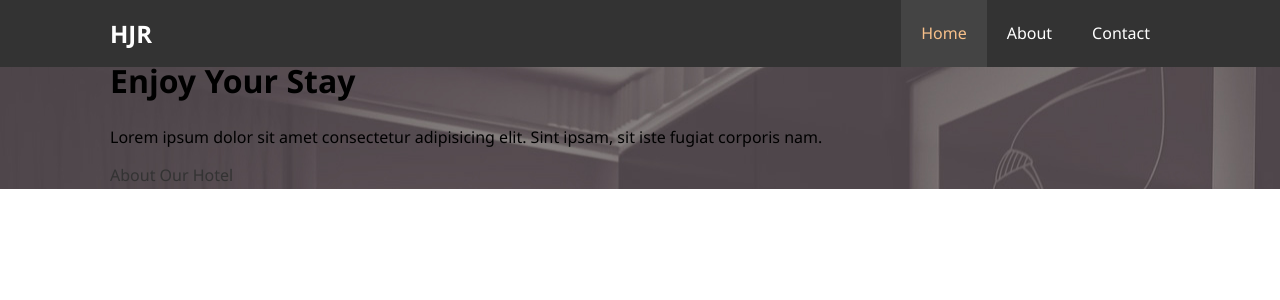
Repository: dimlutine/Hotel-Project
Page: index.html
The author's editor kept a copy of each file at every save. The page is drawn from the files as they stood at one save, then again after the next save.
The browser window is 1280 px wide. The pictures show the whole page.

Above is the page before, as saved 2019-07-05 21:49:46.

After the next save:
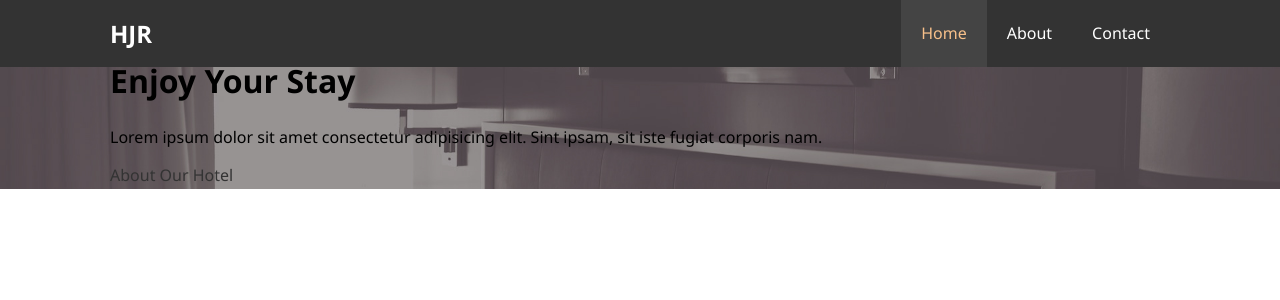
Saved 37 s later.
--- a/css/style.css
+++ b/css/style.css
@@ -72,5 +72,5 @@ p {
 /* Showcase */
 
 #showcase {
-    background: url('../img/showcase.jpg');
+    background: url('../img/showcase.jpg') no-repeat center center/cover;
 }
